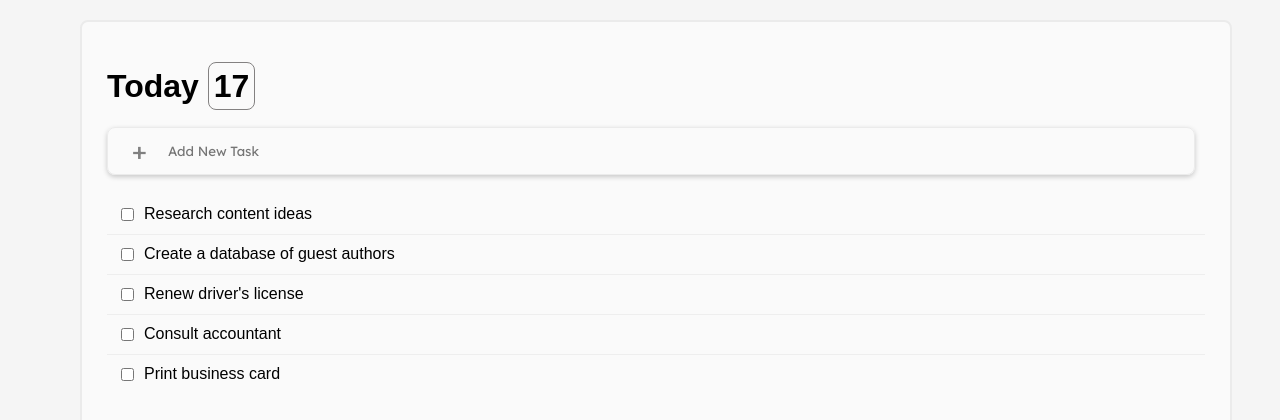
Repository: WeyehnR/Todo-App-e8719e15efb8a3743d14c47aa9ae2115442426d2
Page: Client/index.html
These files come from the project's save history. The page is drawn as it stood at one moment and after the next save; the edit follows.
The browser window is 1280 px wide. The pictures show the whole page.

Above is the page before, as saved 2023-11-17 18:19:08.
Console error: TypeError: Cannot read properties of null (reading 'addEventListener')

### Client/index.html
<!DOCTYPE html>
<html lang="en">
<head>
    <meta charset="UTF-8">
    <meta name="viewport" content="width=device-width, initial-scale=1.0">
    <title>Todo List Application</title>
    <link href="https://fonts.googleapis.com/css2?family=Lexend+Deca&display=swap" rel="stylesheet">
    <link rel="stylesheet" href="styles.css">
</head>
<body>
    <div class="menu-container">
        <!-- <div class="hamburger" id="ham-menu-toggle">&#9776;</div> -->
        <!-- use the icon bars in my icons/Icon bars.svg here-->

        <div class="menu-card" id="menu-card">
            <h1 class="menu-title">Menu</h1>
            <!-- Content of the expanded gray card goes here -->
            <!-- Search Bar -->
            <input type="search" placeholder="Search" class="menu-search">
            <!-- Tasks Section -->
            <ul class="menu-section">
                <li class="menu-item"><span class="icon upcoming-icon"></span>Upcoming <span class="item-count">12</span></li>
                <li class="menu-item"><span class="icon today-icon"></span>Today <span class="item-count">5</span></li>
                <!-- More items... -->
            </ul>
            <!-- Lists Section -->
            <ul class="menu-section">
                <li class="menu-item"><span class="icon personal-icon"></span>Personal <span class="item-count">3</span></li>
                <li class="menu-item"><span class="icon work-icon"></span>Work <span class="item-count">6</span></li>
                <!-- More items... -->
            </ul>
            <!-- Tags Section -->
            <ul class="menu-section">
                <li class="menu-item">Tag 1</li>
                <li class="menu-item">Tag 2</li>
                <li class="menu-item add-tag">+ Add Tag</li>
            </ul>
            <!-- Settings & Sign Out -->
            <div class="menu-bottom">
                <button class="menu-button">Settings</button>
                <button class="menu-button">Sign out</button>
            </div>
        </div>
    </div>
    <div class="todo-container">
        <div class="date-header">
          <h1>Today <span id="dayOfMonth"></span></h1>
        </div>
        <div class="add-task">
            <input type="text" placeholder="Add New Task" id="new-task-input">
            <button id="add-task-btn">+</button>
        </div>
        <ul class="todo-list">
            <li><input type="checkbox" id="task-1"><label for="task-1">Research content ideas</label></li>
            <li><input type="checkbox" id="task-2"><label for="task-2">Create a database of guest authors</label></li>
            <li><input type="checkbox" id="task-3"><label for="task-3">Renew driver's license</label></li>
            <li><input type="checkbox" id="task-4"><label for="task-4">Consult accountant</label></li>
            <li><input type="checkbox" id="task-5"><label for="task-5">Print business card</label></li>
        </ul>
    </div>
    <div class="menu-card" id="menu-card">
        <!-- Content of the expanded gray card goes here -->
    </div>
    <script src="main.js"></script>
</body>
</html>

### Client/styles.css

body {
    font-family: 'Arial', sans-serif;
    background-color: #f5f5f5;
    margin: 0;
    padding: 20px;
}

.todo-container {
    top: 20px;
    left: 80px;
    right: 80px;
    width: 90%;
    height: 420px;
    position: absolute;
    background-color: rgba(250,250,250,1);
    border-radius: 8px;
    border: 2px solid #ebebeb;
    box-sizing: border-box;
    padding: 25px;
    flex-grow: 1;
    transition: margin-left 0.3s ease; /* Add a transition for smooth shifting */
}

/* Shift the todo-container when the menu card is expanded */
.todo-container.expanded {
    margin-left: 320px; /* Match the width of the menu card */
    top: 20px;
    left: 25px;
    right: 80px;
    width: 70%;
}

#dayOfMonth {
    border: 1px solid #838181;
    border-radius: 8px;
    padding: 5px;
}

.header {
    display: flex;
    align-items: center;
}
/* Style for the hamburger icon */
.hamburger {
    position:absolute;
    font-size: 24px; /* Adjust the size as needed */
    top: 40px; /* Adjust the top position for the icon */
    left: 25px; /* Adjust the left position for the icon */
    cursor: pointer;
    font-family: 'Lexend Deca';
    z-index: 2;
}

.hamburger.expanded {
    top: 40px; /* Align with the top of the expanded menu card */
    left: 280px; /* Align with the left of the expanded menu card */
}


.menu-container{
    display: flex;
}

/* Style for the gray menu card */
.menu-card {
    width: 0; /* Initially hidden */
    height: 100%;
    overflow: hidden;
    transition: width 0.3s ease; /* Add a transition for smooth expansion */
    z-index: 1; /* Ensure the menu card is above other content */
}

/* Style for the content within the menu card */
.menu-card-content {
    padding: 20px;
    /* Add additional styling as needed for the expanded card content */
}

/* Adjust the width when the menu card is expanded */
.menu-card.expanded {
    width: 300px; /* Adjust the width as desired */
    background-color: darkgray; /* Adjust the text color as desired */
    top: 24px;
    left: 24px;
    height: 852px;
    border-radius: 16px;
}

.menu-title {
    display: none; /* Initially hidden */
    font-family: 'Lexend Deca';
    /* Add other styles as needed */
    font-size: 24px;
    font-weight: 600;
    line-height: 40px;
}
.menu-card.expanded .menu-title {
    display: block; /* Show when the card is expanded */
    top: 20px;
    line-height: 40px;
    margin-left: 10px;
}



.header h1 {
    margin: 0;
    font-size: 24px;
}

.header span {
    color: #888;
}

.add-task input {
    width: 100%;
    padding: 10px;
    margin-bottom: 20px;
    border: 1px solid #ddd;
    box-sizing: border-box;
}

.todo-list {
    list-style: none;
    padding: 0;
    margin: 0;
}

.todo-list li {
    padding: 10px;
    border-bottom: 1px solid #eee;
    display: flex;
    align-items: center;
}

.todo-list li:last-child {
    border-bottom: none;
}

input[type="checkbox"] {
    margin-right: 10px;
}

/* You can add more styles for checked tasks or interactive states */

/* ... other styles ... */

.add-task {
    display: flex;
    align-items: center;
    position: relative; /* Add this line */
}

.add-task input[type="text"] {
    top: 120px;
    left: 378px;
    width: 1038px;
    height: 48px;
    background-color: rgba(250,250,250,0);
    border-radius: 8px;
    border: 1px solid #ebebeb;
    box-sizing: border-box;
    flex-grow: 1;
    padding: 10px;
    padding-left: 60px; /* Add space for the button */
    margin-right: 10px;
    box-shadow: 0 2px 5px rgba(0, 0, 0, 0.2);
    font-family: 'Lexend Deca';
}


.add-task button {
    position: absolute; /* Add this line */
    left: 10px; /* Adjust as needed */
    top: 35%;
    transform: translateY(-50%); /* This centers the button vertically */
    display: flex;
    justify-content: center;
    align-items: center;
    padding: 1px 15px;
    border: none;
    border-radius: 50%; /* This creates the round shape for the button */
    background-color: rgba(250,250,250,0);
    color: gray;
    font-size: 25px;
    cursor: pointer;
    font-family: 'Lexend Deca';
}

/* ... rest of the styles ... */

/* Styles to ensure the input and button are aligned properly */
.add-task input[type="text"], .add-task button {

    line-height: 40px; /* Adjust line height to vertically center the text */
}

/* Adding some interactivity to the button */
.add-task button:hover {
    background-color: rgb(185, 181, 181); /* Darker shade when hovering */
}

### Client/main.js
const getElementById = (element) => document.getElementById(element);
const querySelector = (element) => document.querySelector(element);
document.addEventListener("DOMContentLoaded", function () {
    // Your JavaScript code here
    const currentDate = new Date();
    const dayOfMonth = currentDate.getDate();
    const dayOfMonthElement = getElementById("dayOfMonth");
    dayOfMonthElement.textContent = dayOfMonth;
});

// Get references to the hamburger icon, menu card, and todo-container
const hamburger = document.getElementById("ham-menu-toggle");
const menuCard = document.getElementById("menu-card");
const todoContainer = document.querySelector(".todo-container");

// Add a click event listener to toggle the menu card's expanded state
hamburger.addEventListener("click", () => {
  menuCard.classList.toggle("expanded");
  todoContainer.classList.toggle("expanded");
  hamburger.classList.toggle("expanded");
});

After the next save:
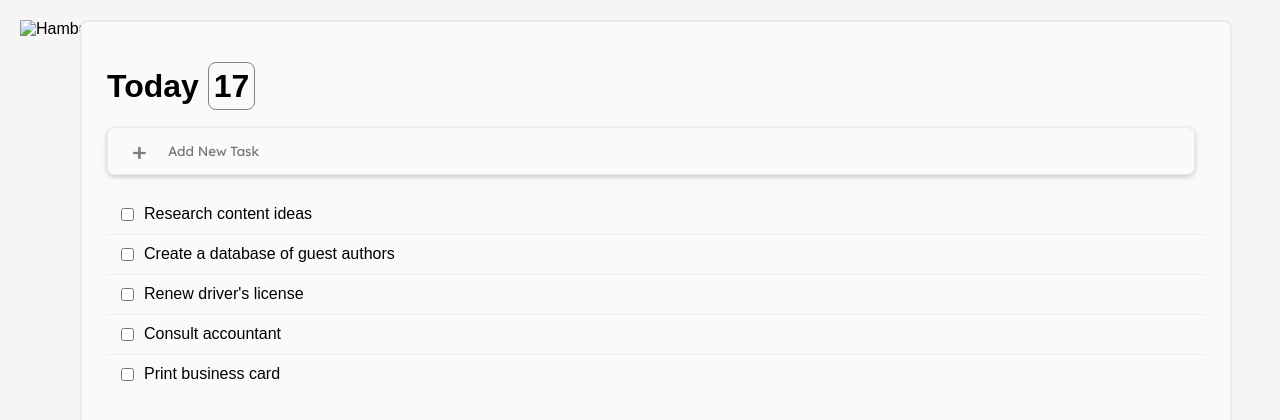
Not found: Client/hamburger.svg
Saved 3 min 8 s later.
--- a/Client/index.html
+++ b/Client/index.html
@@ -11,7 +11,7 @@
     <div class="menu-container">
         <!-- <div class="hamburger" id="ham-menu-toggle">&#9776;</div> -->
         <!-- use the icon bars in my icons/Icon bars.svg here-->
-
+        <img src="hamburger.svg" alt="Hamburger Icon">
         <div class="menu-card" id="menu-card">
             <h1 class="menu-title">Menu</h1>
             <!-- Content of the expanded gray card goes here -->
